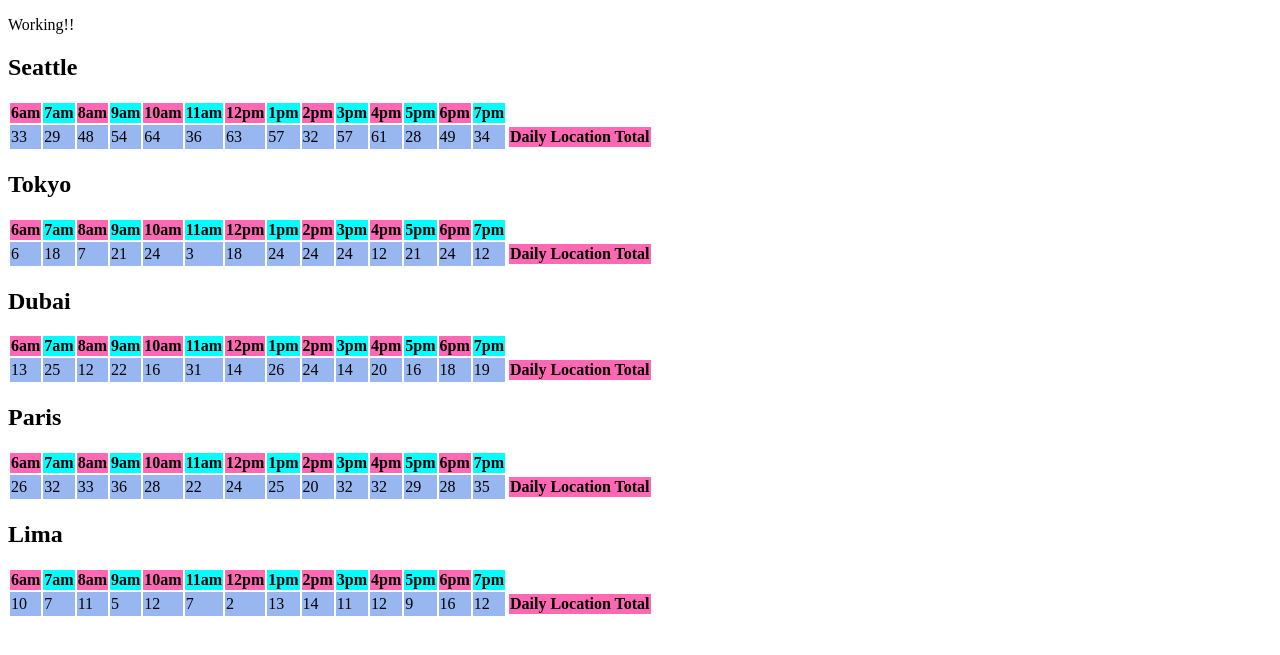
Repository: aaron1986/cookie_stand
Page: sales.html
The author's editor kept a copy of each file at every save. The page is drawn from the files as they stood at one save, then again after the next save.
The browser window is 1280 px wide. The pictures show the whole page.

Above is the page before, as saved 2023-09-26 14:59:15.

After the next save:
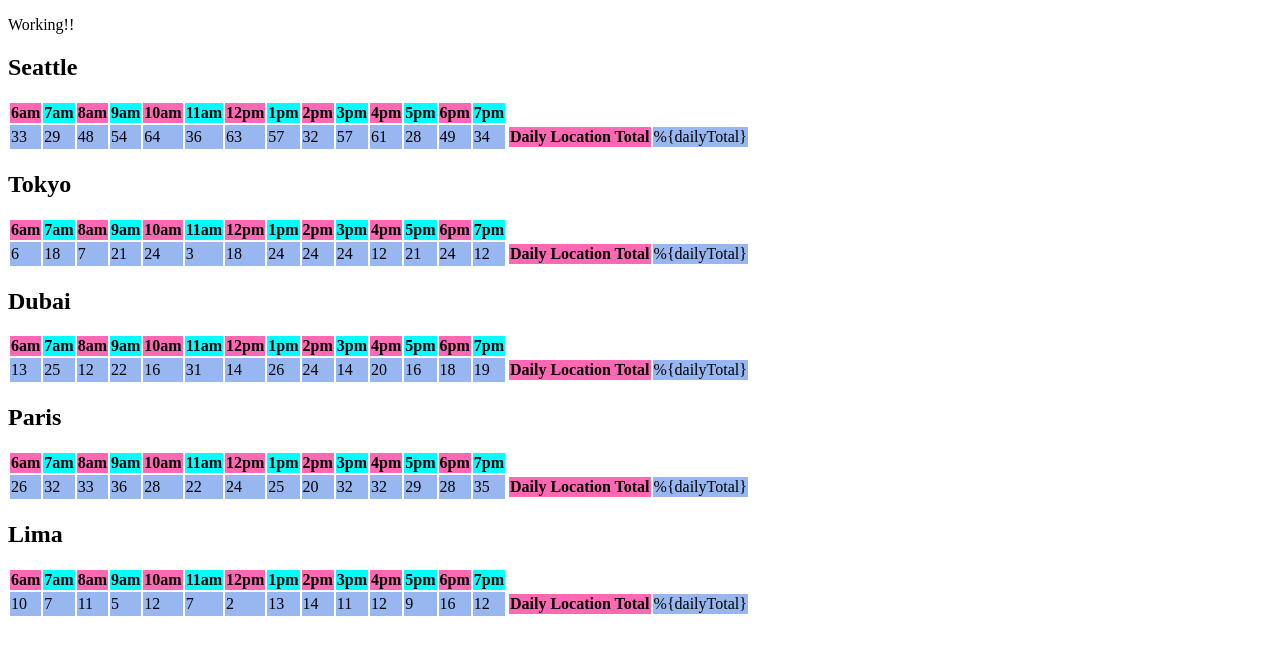
Saved 20 min 46 s later.
--- a/app.js
+++ b/app.js
@@ -90,7 +90,10 @@ function createShopLocation(locationData) {
             dailytotal += locationData.customersPerHour[i];
         }
 
-        console.log(dailytotal);
+        const td = document.createElement("td");
+        td.textContent = `%{dailyTotal}`;
+        totalRow.appendChild(td);
+        //console.log(dailytotal);
 
 
 
